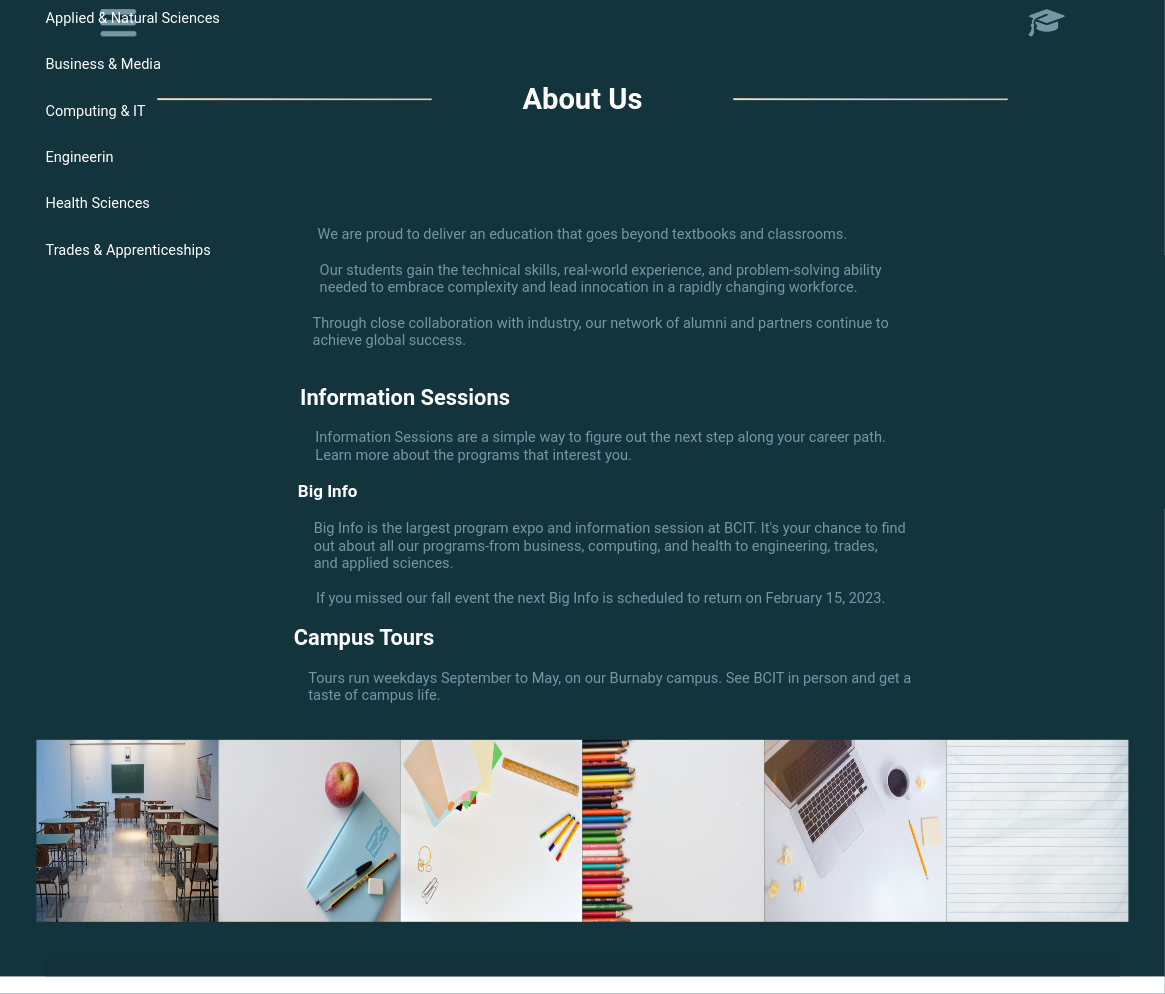
Repository: Sheraliramzan/Aly_A01253508_Assignment1
Page: /about
An editor plug-in stored every save of this project. The page is shown before and after a run of saves, followed by the edit.
The browser window is 1280 px wide. The pictures show the whole page, at 91% of full size.
The project was rebuilt for these pictures with package versions that can differ from the ones it lists, and the page was loaded fresh each time. The framework's server and built-in components were replaced by stand-ins that run in the browser. Also part of the build but not shown: next.config.js.

Above is the page before, as saved 2023-02-05 10:05:08.

### pages/about.js
import Head from 'next/head'
import Image from 'next/image'
import styles from '../styles/Home.module.css'
import dynamic from "next/dynamic";
import Nav from '../comp/nav/nav';


const About = () => {
  return (
    <>
      <Head>
        <title>About Us</title>
        <meta name="author" content="MDIA 2109" />
        <meta property="og:title" content= 'Assignment #1 - About Us Page'/>
        <meta property="og:description" content= "BCIT Digital Design and Development Diploma"/>
        <meta name="viewport" content="width=device-width, initial-scale=1" />
        <link rel="icon" href="/favicon.png" />
      </Head>
      <main className={styles.main}>
        <div className="aboutcont">
          <Nav/>
          <div>
              <div className='headcont1'>
                <hr className='hori'></hr>
                <h1 className='header'>About Us</h1>
                <hr className='hori1'></hr>
                <h1></h1>
              </div>
              <div className='paracont'>
                <p className='para2'> We are proud to deliver an education that goes beyond textbooks
                  and classrooms.</p>
                <p className='para3'> Our students gain the technical skills, real-world experience,
                  and problem-solving ability <br /> needed to embrace complexity
                  and lead innocation in a rapidly changing workforce.</p>
                <p className='para3'>Through close collaboration with industry, our network of alumni
                  and partners continue to <br /> achieve global success.</p>
              </div>
                <h2 className='header2'> Information Sessions</h2>
                <p className='para3'> Information Sessions are a simple way to figure out the next
                  step along your career path. <br /> Learn more about the
                programs that interest you.</p>
                <h3 className='header3'>Big Info</h3>
              <p className='para4'> Big Info is the largest program expo and information session at
                BCIT. It's your chance to find <br /> out about all our
                programs-from business, computing, and health to engineering,
                trades,
                <br /> and applied sciences.
              </p>
              <p className='para3'>If you missed our fall event the next Big Info is scheduled to
                return on February 15, 2023.
              </p>
              <h2 className="header4">Campus Tours</h2>
              <p className='para4'>  Tours run weekdays September to May, on our Burnaby campus. See
                BCIT in person and get a <br /> taste of campus life.</p>
          </div>
          <div>
            <div id="carouselImage">
                <Image src={"/0.jpg"} width={200} height={200}></Image>
                <Image src={"/1.jpg"} width={200} height={200}></Image>
                <Image src={"/2.jpg"} width={200} height={200}></Image>
                <Image src={"/3.jpg"} width={200} height={200}></Image>
                <Image src={"/4.jpg"} width={200} height={200}></Image>
                <Image src={"/5.jpg"} width={200} height={200}></Image>
            </div >
                  <div id="testOnImageHere">
                    <ul>
                      <li>Applied & Natural Sciences</li>
                      <li>Business & Media</li>
                      <li>Computing & IT</li>
                      <li>Engineerin</li>
                      <li>Health Sciences</li>
                      <li>Trades & Apprenticeships</li>
                    </ul>
                  </div>
          </div>
        </div>
        <a>
            <span>
                <img></img>
                <img></img>
            </span>
        </a>
      </main>
    </>
  )
}
export default dynamic (() => Promise.resolve(About), {ssr: false})

### styles/globals.css


* {
  box-sizing: border-box;
  padding: 0;
  margin: 0;
}

html,
body {
  margin: 0;
  padding: 0;
  font-family: "Roboto", sans-serif;
  scrollbar-width: none;

}
.menuimg{
  margin-left: 100px;
}
.gardimg{
  margin-right: 100px;
}
.navcont {
  display: flex;
  align-items: center;
  justify-content: space-between;
  padding: 10px;
}
.menucont{
  position: absolute;
  top: 0rem;
  left: 4rem;
}
a{
  color: var(--primary-color);
  text-decoration: none;
}

ul {
  display: flex;
  flex-direction: column;
  position: absolute;
  top: 10px;
  left: 50px;
  gap: 2rem;
  text-decoration: none;
}

ul > li {
  list-style-type: none;
  text-decoration: none;
  color: var(--primary-color);
}
.listcont{
  position: absolute;
  display: flex;
  align-items: flex-start;
  left: 3rem;
  top: 3rem;
}

.btncont {
  display: flex;
}

.close {
  background-color: transparent;
  border: none;
  font-size: larger;
  color: var(--primary-color);
}

.fullcont{
  width: 100vw;
  height: 100vh;
  background-image: url("/background-images/backgroundMountain.jpg");
  background-size: cover;
}
.but1{
  margin: 2px;
  padding: 5px 15px;
  background: none;
  border: 1px solid var(--primary-color);
  border-radius: 5px;
  color:var(--primary-color) ;
}
.butcont{
 margin-left: 250px;
}

.but1:hover{
  background-color: var( --primary-color);
  color: var(--quinary-color);
}
.downarrow{
  position: relative;
  left: 650px;
  top:50px;
}
.headcont{
  display: flex;
  flex-direction: column;
  width: 25%;
  margin-top: 320px;
  margin-left: 250px;
}
.headhome{
  color: var(--primary-color);
  font-size: 25px;
  margin-bottom: 10px;
}
.horidiv{
  width: 60%;
  border: 1px solid var(--secondary-color);
  margin-bottom: 10px;
}
.para1{
  color: var(--primary-color);
  font-size:12px;
  width: 100%;
  opacity: 0.8;
}
.aboutcont{
  width: 100%;
  background-color: var( --quaternary-color);
  justify-content: center;
}
.hori{
  border-left: 300px solid var(--secondary-color);
  width: 100px;
  height: 1px;
  margin-right: 100px;
}
.hori1{
  border-left: 300px solid var(--secondary-color);
  width: 100px;
  height: 1px;
  margin-left: 100px;
}
.headcont1{
  text-align: center;
  margin-top: 40px;
  display: flex;
  justify-content: center;
  align-items: center;
}
.header{
  color: var(--primary-color);
}
.paracont{
  display: flex;
  flex-direction: column;
  color: var(--ternary-color);
  justify-content: center;
  align-items: center;
  margin-top: 100px;

}
.para2{
  margin-top: 20px;
  margin-bottom: 20px;
}
.header2{
  display: flex;
  flex-direction: column;
  align-items: center;
  margin-right: 390px;
  margin-top: 20px;
  margin-bottom: 20px;
  color: var(--primary-color);
}
.header3{
  display: flex;
  flex-direction: column;
  align-items: center;
  margin-right: 560px;
  margin-top: 20px;
  margin-bottom: 20px;
  color: var(--primary-color);
}
.header4{
  display: flex;
  flex-direction: column;
  align-items: center;
  margin-right: 480px;
  margin-top: 20px;
  margin-bottom: 20px;
  color: var(--primary-color);
}
.para3{
  color: var(--ternary-color);
  display: flex;
  align-items: center;
  justify-content: center;
  margin-bottom: 20px;
  margin-left: 40px;
}
.para4{
  color: var(--ternary-color);
  display: flex;
  align-items: center;
  justify-content: center;
  margin-bottom: 20px;
  margin-left: 60px;
}
#carouselImage{
  height: 200px;
  background-repeat: no-repeat;
  background-size: cover;
  display: flex;
  justify-content: center;
  align-items: center;
  margin: 40px 0px;
}
#testOnImageHere{
  background-color: rgba(16, 46, 53, 0.5);
  padding: 10px;
  margin: 0px 50px;
}

### styles/variables.css
:root{
    --primary-color:#fff;
    --secondary-color:#f4d6b9;
    --ternary-color: #7796a4;
    --quaternary-color:#14343d;
    --quinary-color:rgba(16,46,53,0.5);
}

### styles/Home.module.css
.main {
  display: flex;
  flex-direction: column;
  justify-content: space-between;
  align-items: center;
}

### comp/nav/nav.js
import Head from 'next/head'
import Image from 'next/image'
import { useState } from 'react'
import { useRouter } from 'next/router'
import Link from 'next/link'

export default function Nav(){
    const [isMenuOpen, setIsMenuOpen] = useState(false);
  const handleClick = () => {
    setIsMenuOpen(!isMenuOpen);
  };
  const router = useRouter();
    return (
    <>
        <div className="navcont">
              <Image alt='menu' className='menuimg'
                src={"/icons/menu-icon.png"}
                width={40}
                height={30}
                onClick={handleClick}
              />
              <Image alt='grad' className='gardimg' src={"/icons/graduation-hat.png"} width={40} height={30} />
          </div>
          {isMenuOpen && (
            <div className="menucont">
              <div className="listcont">
                <div className="btncont">
                  <button className="close" onClick={handleClick}>
                    X
                  </button>
                </div>
                <div>
                  <ul>
                    <li>
                      <a href="#">Home</a>
                    </li>
                    <li>
                      <a href="/about">About</a>
                    </li>
                    <li>
                      <a href="/contact">Contact</a>
                    </li>
                  </ul>
                </div>
              </div>
              <Image alt='bar'
                src={"/background-images/menuBackground.png"}
                width={240}
                height={240}
              />
            </div>
          )}
    </>
    )
}

Loaded but not shown: pages/_app.js (common file); pages/_document.js (common file)

After the next 2 saves:
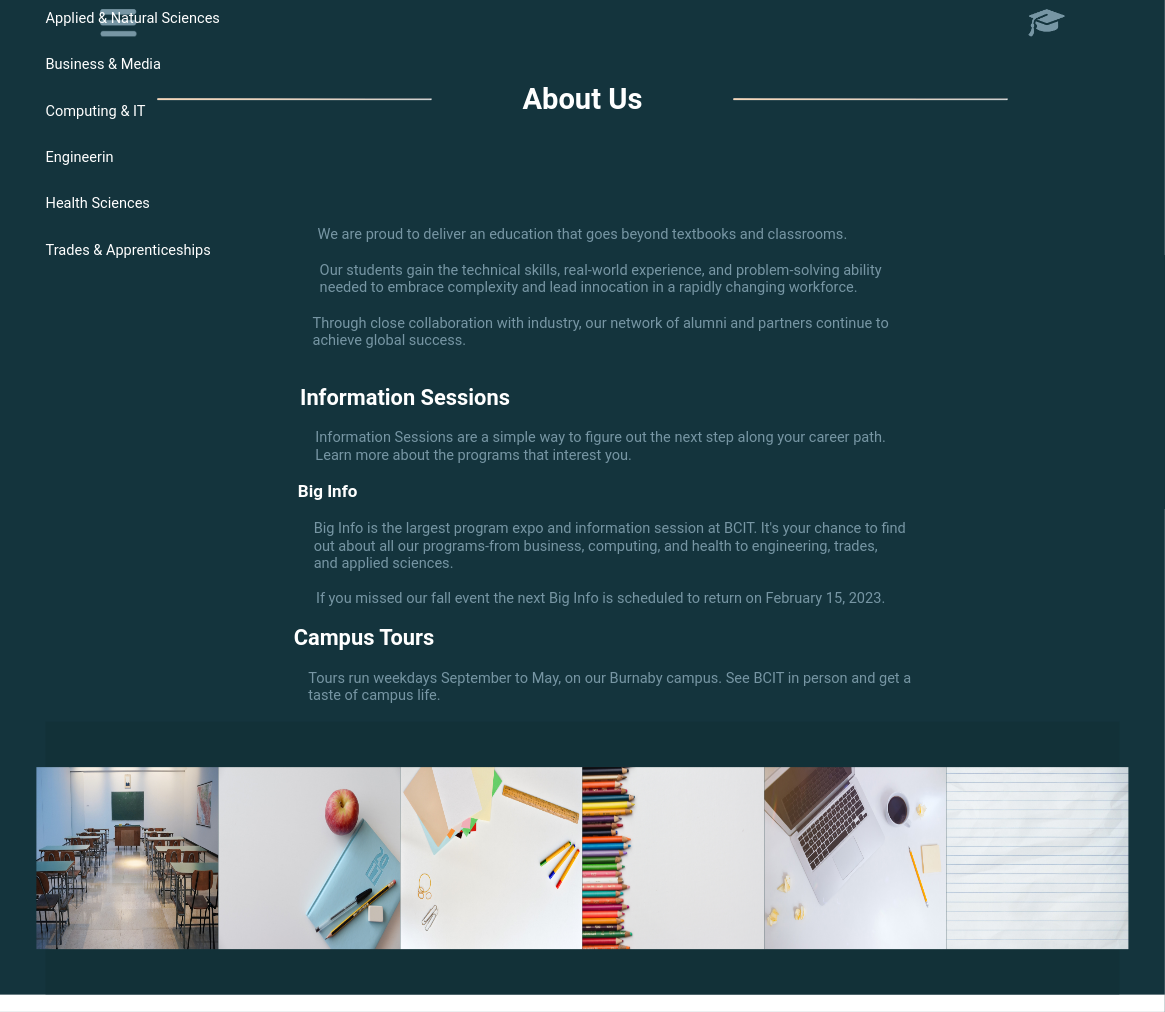
The 2 saves are shown as one change because they came seconds apart.
The last was saved 25 s later.
--- a/pages/about.js
+++ b/pages/about.js
@@ -53,7 +53,7 @@
               <p className='para4'>  Tours run weekdays September to May, on our Burnaby campus. See
                 BCIT in person and get a <br /> taste of campus life.</p>
           </div>
-          <div>
+          <div id="testOnImageHere">
             <div id="carouselImage">
                 <Image src={"/0.jpg"} width={200} height={200}></Image>
                 <Image src={"/1.jpg"} width={200} height={200}></Image>
@@ -62,7 +62,7 @@
                 <Image src={"/4.jpg"} width={200} height={200}></Image>
                 <Image src={"/5.jpg"} width={200} height={200}></Image>
             </div >
-                  <div id="testOnImageHere">
+                  <div>
                     <ul>
                       <li>Applied & Natural Sciences</li>
                       <li>Business & Media</li>

After the 2 saves that followed:
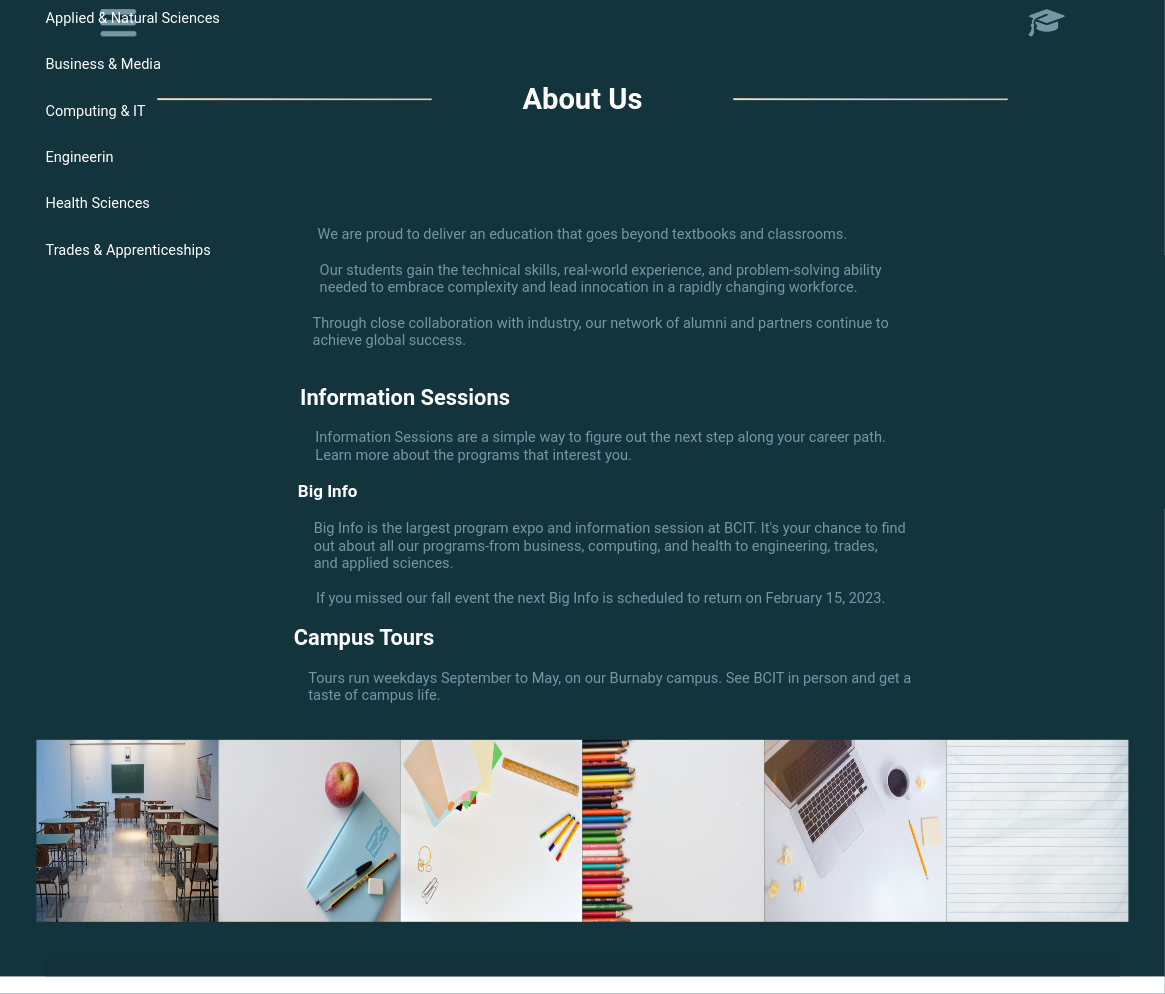
The 2 saves are shown as one change because they came seconds apart.
The last was saved 23 s later.
--- a/pages/about.js
+++ b/pages/about.js
@@ -53,7 +53,7 @@
               <p className='para4'>  Tours run weekdays September to May, on our Burnaby campus. See
                 BCIT in person and get a <br /> taste of campus life.</p>
           </div>
-          <div id="testOnImageHere">
+          <div>
             <div id="carouselImage">
                 <Image src={"/0.jpg"} width={200} height={200}></Image>
                 <Image src={"/1.jpg"} width={200} height={200}></Image>
@@ -62,7 +62,7 @@
                 <Image src={"/4.jpg"} width={200} height={200}></Image>
                 <Image src={"/5.jpg"} width={200} height={200}></Image>
             </div >
-                  <div>
+                  <div id="testOnImageHere">
                     <ul>
                       <li>Applied & Natural Sciences</li>
                       <li>Business & Media</li>
